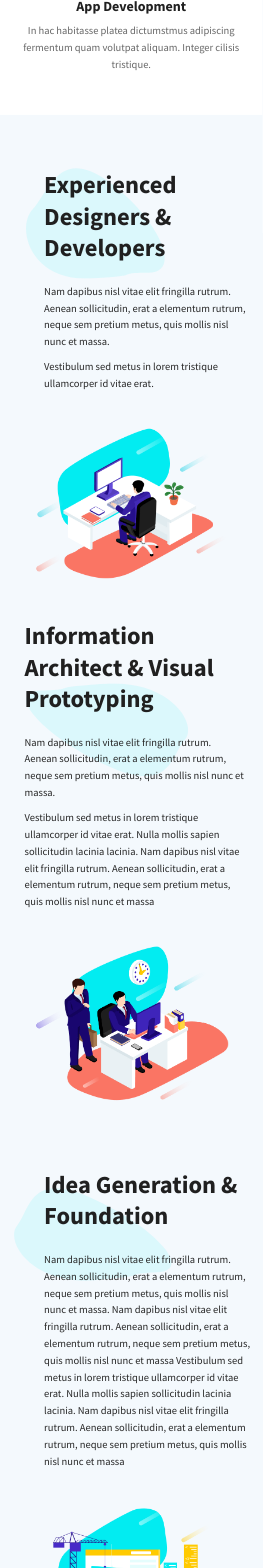
Repository: advert31337/marafon_from0to1_MartaUP
Page: index.html
An editor plug-in stored every save of this project. The page is shown before and after the next save, followed by the edit.
The browser window is 375 px wide. The pictures show the part of the page from y = 1483 to 3723 px (the page is 3873 px tall before and 3753 px after), at 70% of full size.

Above is the page before, as saved 2020-03-08 17:51:04.

### index.html
<!DOCTYPE html>
<html lang="en">

<head>
    <meta charset="UTF-8">
    <meta name="viewport" content="width=device-width, initial-scale=1.0">
    <title>Marafon MartaUP</title>
    <link href="https://fonts.googleapis.com/css?family=Source+Sans+Pro:400,600,700&display=swap" rel="stylesheet">
    <link rel="stylesheet" href="css/reset.css">
    <link rel="stylesheet" href="css/slick.css">
    <link rel="stylesheet" href="css/style.css">
</head>

<body>
    <header class="header">

        <div class="container">
            <div class="header__top">

                <div class="logo">
                    <a href="#!">+
                        <img src="images/logo.svg" alt="">
                    </a>
                </div>

                <nav class="menu">
                    <div class="menu__btn">
                        <span>

                        </span>
                    </div>
                    <ul class="menu__list">
                        <li><a class="menu__list-item" href="#">home</a></li>
                        <li><a class="menu__list-item" href="#">work</a></li>
                        <li><a class="menu__list-item" href="#">about</a></li>
                        <li><a class="menu__list-item" href="#">contact</a></li>
                    </ul>
                </nav>

                <div class="header-btn">
                    <a class="login" href="#">login</a>
                    <a class="sign-up" href="#">sign up</a>
                </div>

            </div>

            <div class="header-slider">
                <div class="header-slider__item">
                    <div class="header-slider__item-content">

                        <div class="header-slider__item-info">
                            <h3 class="header-slider__title">
                                We Build Apps & Websites
                                for Your Business
                            </h3>
                            <div class="header-slider__description">
                                For startups, For businesses & For you
                            </div>
                            <a href="" class="header-slider__btn">Request a quote</a>
                        </div>

                        <div class="header-slider__item-images">
                            <img src="images/slider-img.png" alt="">
                        </div>
                    </div>
                </div>


                <div class="header-slider__item">
                    <div class="header-slider__item-content">

                        <div class="header-slider__item-info">
                            <h3 class="header-slider__title">
                                We Build Apps & Websites
                                for Your Business
                            </h3>
                            <div class="header-slider__description">
                                For startups, For businesses & For you
                            </div>
                            <a href="" class="header-slider__btn">Request a quote</a>
                        </div>

                        <div class="header-slider__item-images">
                            <img src="images/slider-img.png" alt="">
                        </div>
                    </div>
                </div>


                <div class="header-slider__item">
                    <div class="header-slider__item-content">

                        <div class="header-slider__item-info">
                            <h3 class="header-slider__title">
                                We Build Apps & Websites
                                for Your Business
                            </h3>
                            <div class="header-slider__description">
                                For startups, For businesses & For you
                            </div>
                            <a href="" class="header-slider__btn">Request a quote</a>
                        </div>

                        <div class="header-slider__item-images">
                            <img src="images/slider-img.png" alt="">
                        </div>
                    </div>
                </div>


                <div class="header-slider__item">
                    <div class="header-slider__item-content">

                        <div class="header-slider__item-info">
                            <h3 class="header-slider__title">
                                We Build Apps & Websites
                                for Your Business
                            </h3>
                            <div class="header-slider__description">
                                For startups, For businesses & For you
                            </div>
                            <a href="" class="header-slider__btn">Request a quote</a>
                        </div>

                        <div class="header-slider__item-images">
                            <img src="images/slider-img.png" alt="">
                        </div>
                    </div>
                </div>


                <div class="header-slider__item">
                    <div class="header-slider__item-content">

                        <div class="header-slider__item-info">
                            <h3 class="header-slider__title">
                                We Build Apps & Websites
                                for Your Business
                            </h3>
                            <div class="header-slider__description">
                                For startups, For businesses & For you
                            </div>
                            <a href="" class="header-slider__btn">Request a quote</a>
                        </div>

                        <div class="header-slider__item-images">
                            <img src="images/slider-img.png" alt="">
                        </div>
                    </div>
                </div>
            </div>

        </div>

    </header>

    <section class="specialised">
        <div class="container">
            <div class="specialised__title title">
                We are specialised in
            </div>
            <div class="specialised__items">
                <div class="specialised__item">
                    <div class="specialised__item-img">
                        <img src="images/specialise-1.svg" alt="">
                    </div>

                    <div class="specialise__item-title">
                        UI/UX Design
                    </div>
                    <div class="specialise__item-text">
                        In hac habitasse platea dictumstmus adipiscing fermentum quam volutpat aliquam. Integer cilisis tristique.
                    </div>
                </div>
                <div class="specialised__item">
                    <div class="specialised__item-img">
                        <img src="images/specialise-2.svg" alt="">
                    </div>
                    <div class="specialise__item-title">
                        Web Development
                    </div>
                    <div class="specialise__item-text">
                        In hac habitasse platea dictumstmus adipiscing fermentum quam volutpat aliquam. Integer cilisis tristique.
                    </div>
                </div>
                <div class="specialised__item">
                    <div class="specialised__item-img">
                        <img src="images/specialise-3.svg" alt="">
                    </div>
                    <div class="specialise__item-title">
                        App Development
                    </div>
                    <div class="specialise__item-text">
                        In hac habitasse platea dictumstmus adipiscing fermentum quam volutpat aliquam. Integer cilisis tristique.
                    </div>
                </div>
            </div>
        </div>
    </section>

    <section class="advantages">
        <div class="container">

            <div class="advantages-box">
                <div class="advantages-box__info">
                    <div class="advantages-box__title">
                        Experienced Designers & Developers
                    </div>
                    <div class="advantages-box__text">
                        <p>
                            Nam dapibus nisl vitae elit fringilla rutrum. Aenean sollicitudin, erat a elementum rutrum, neque sem pretium metus, quis mollis nisl nunc et massa.
                        </p>
                        <p>
                            Vestibulum sed metus in lorem tristique ullamcorper id vitae erat.
                        </p>
                    </div>
                </div>

                <div class="advantages-box__img">
                    <img src="images/advantages-1.png" alt="">
                </div>
            </div>

            <div class="advantages-box advantages-box--right">
                <div class="advantages-box__info">
                    <div class="advantages-box__title">
                        Information Architect &
                        Visual Prototyping
                    </div>
                    <div class="advantages-box__text">
                        <p>
                            Nam dapibus nisl vitae elit fringilla rutrum. Aenean sollicitudin, erat a elementum rutrum, neque sem pretium metus, quis mollis nisl nunc et massa.
                        </p>
                        <p>
                            Vestibulum sed metus in lorem tristique ullamcorper id vitae erat. Nulla mollis sapien sollicitudin lacinia lacinia. Nam dapibus nisl vitae elit fringilla rutrum. Aenean sollicitudin, erat a elementum rutrum, neque sem pretium metus, quis mollis nisl nunc et massa
                        </p>
                    </div>
                </div>
                <div class="advantages-box__img">
                    <img src="images/advantages-2.png" alt="">
                </div>
            </div>

            <div class="advantages-box">
                <div class="advantages-box__info advantages-box__info--bg">
                    <div class="advantages-box__title">
                        Idea Generation & Foundation
                    </div>
                    <div class="advantages-box__text">
                        <p>
                            Nam dapibus nisl vitae elit fringilla rutrum. Aenean sollicitudin, erat a elementum rutrum, neque sem pretium metus, quis mollis nisl nunc et massa. Nam dapibus nisl vitae elit fringilla rutrum. Aenean sollicitudin, erat a elementum rutrum, neque sem pretium metus, quis mollis nisl nunc et massa    Vestibulum sed metus in lorem tristique ullamcorper id vitae erat. Nulla mollis sapien sollicitudin lacinia lacinia. Nam dapibus nisl vitae elit fringilla rutrum. Aenean sollicitudin, erat a elementum rutrum, neque sem pretium metus, quis mollis nisl nunc et massa
                        </p>
                    </div>
                </div>

                <div class="advantages-box__img">
                    <img src="images/advantages-3.png" alt="">
                </div>
            </div>
        </div>
    </section>

    <!-- <section class="reviews">
        <div class="container">
            <div class="reviews__title title">
                Don’t Just Take Our Words
            </div>
            <div class="reviews__items">

                <div class="reviews__item">
                    <div class="reviews__item-head">
                        <img src="images/rev-1.jpg" alt="">
                        <div class="reviews__item-info">
                            <div class="reviews__item-name">
                                Arakat Bank
                            </div>
                            <div class="reviews__item-position">
                                International Bank Ltd.
                            </div>
                        </div>
                    </div>
                    <div class="reviews__item-text">
                        Fusce vehicula dolor arcu, sit amet blandit dolor mollis nec. Donec viverra eleifend lacus, vitae ullamcorper metus. Sed sollicitudin ipsum.
                    </div>
                </div>

                <div class="reviews__item">
                    <div class="reviews__item-head">
                        <img src="images/rev-2.jpg" alt="">
                        <div class="reviews__item-info">
                            <div class="reviews__item-name">
                                Chrsitopher Company Ltd.
                            </div>
                            <div class="reviews__item-position">
                                Design & Development
                            </div>
                        </div>
                    </div>
                    <div class="reviews__item-text">
                        Fusce vehicula dolor arcu, sit amet blandit dolor mollis nec. Donec viverra eleifend lacus, vitae ullamcorper metus. Sed sollicitudin ipsum.
                    </div>
                </div>

                <div class="reviews__item">
                    <div class="reviews__item-head">
                        <img src="images/rev-3.jpg" alt="">
                        <div class="reviews__item-info">
                            <div class="reviews__item-name">
                                Jigsawlab Studio Inc.
                            </div>
                            <div class="reviews__item-position">
                                Interactive Prototyping
                            </div>
                        </div>
                    </div>
                    <div class="reviews__item-text">
                        Fusce vehicula dolor arcu, sit amet blandit dolor mollis nec. Donec viverra eleifend lacus, vitae ullamcorper metus. Sed sollicitudin ipsum.
                    </div>
                </div>

            </div>
        </div>
    </section> -->

    <!-- <footer class="footer">
        <div class="container">
            <div class="footer__inner">
                <div class="footer__link">
                    <a href="#">About Martaup</a>
                    <a href="#">Help</a>
                    <a href="#">Privacy Policy</a>
                </div>
                <div class="footer__copy">
                    © 2013-2018 All rights reserved.
                </div>
            </div>
        </div>
    </footer> -->


    <script src="https://ajax.googleapis.com/ajax/libs/jquery/3.4.1/jquery.min.js"></script>
    <script src="js/slick.min.js"></script>
    <script src="js/main.js"></script>
</body>

</html>

### css/style.css
*{
    box-sizing: border-box;
}

body {
    font-family: 'Source Sans Pro', sans-serif;
    font-size: 15px;
    line-height: 24px;
}

a {
    text-decoration: none;
    color: inherit;
}
.header {
    background-image: url('../images/header-bg.jpg');
    min-height: 793px;
    background-repeat: no-repeat;
    background-size: cover;
    background-position: top center;
}

.container {
    max-width: 1200px;
    margin: 0 auto;
    padding: 0 15px 0 15px;

}

.header__top {
    display: flex;
    justify-content: space-between;
    height: 100px;
    align-items: center;
}

.menu__list {
    display: flex;
}

.menu__list li + li {
    padding-left: 50px;

}

.login {
    margin-right: 44px;
    color: #fff;
    text-transform: uppercase;
    font-weight: 600;
}

.menu__list a{
    opacity: 0.5;
    color: #fff;
    font-weight: 600;
    text-transform: uppercase;
    transition: all 0.5s;
}

.menu__list a:hover {
    opacity: 1;
}

.sign-up {
    text-transform: uppercase;
    color: #250f8a;
    font-weight: 600;
    background-color: #fff;
    padding: 8px 43px;
    border-radius: 20px;

}

.header-slider {
    padding-top: 111px;
}
.header-slider__item {

}
.header-slider__item-content {
    display: flex;
    justify-content: space-between;
}
.header-slider__item-info {
    max-width: 506px;
    color:#fff;
}
.header-slider__title {
    font-weight: 700;
    font-size: 45px;
    line-height: 60px;
    margin-bottom: 10px;
}
.header-slider__description {
    line-height: 55px;
    font-size: 24px;
    margin-bottom: 60px;
}
.header-slider__btn {
    font-weight: 600;
    text-transform: uppercase;
    color: #250F8A;
    padding: 13px 39px;
    background-color: #FFCA00;
    border-radius: 25px;
}
.header-slider__item-images {
    margin: 10px 82px 0 0;
}

.header-dots{
    list-style: none;
    position: absolute;
    right: 0;
    top: 50%;
    transform: translateY(-50%)
}

.header-dots button {
    border: none;
    background-color: #fff;
    opacity: 0.5;
    font-size: 0;
    padding: 0;
    width: 7px;
    height: 7px;
    border-radius: 3.5px;
    cursor: pointer;
    outline: none;
    margin: 10px auto;
    display: block;
}

.header-dots .slick-active button{
    width: 15px;
    opacity: 1;
}

.specialised{
    padding: 55px 0 93px;
    background-image: url(../images/special-bg.svg);
    background-position: left bottom;
    background-repeat: no-repeat;
    color: #202020;
    text-align: center;
}

.specialised__title {
    margin-bottom: 96px;
}
.title {
    font-size: 35px;
    line-height: 45px;
    font-weight: 700;
    text-align: center;
}

.specialised__items {
    display: flex;
    justify-content: space-between;
    max-width: 980px;
    margin: 0 auto;

}
.specialised__item {
    width: 280px;
}
.specialised__item-img {
    margin-bottom: 23px;
    min-height: 159px;
}
.specialise__item-title {
    margin-bottom: 11px;
    font-size: 20px;
    font-weight: 700;
}
.specialise__item-text {
   padding: 0 10px;
   color: #272727;
   opacity: 0.7;
}


.advantages {
    padding-top: 64px;
    background: #f4f9fd;
    background-image: url(../images/advantages-bg.svg);
    background-repeat: no-repeat;
    background-position: center right;
}

.advantages-box {
    display: flex;
    justify-content: space-between;
    padding-bottom: 76px;
}

 .advantages-box--right .advantages-box__info{
    order: 1;
    background-image: url(../images/title-bg-2.svg);
    background-position: 22px 130px;
}
.advantages-box__info {
    max-width: 455px;
    padding-top: 60px;
    background-image: url(../images/title-bg-1.svg);
    background-repeat: no-repeat;
    background-position: 22px 76px;
}

.advantages-box__info--bg{
    background-image: url(../images/title-bg-3.svg);
    background-position: 5px 105px;
}


.advantages-box__title {
    color: #202020;
    font-size: 35px;
    line-height: 45px;
    font-weight: 700;
    padding: 68px 0 15px 48px;

}
.advantages-box__text {
    padding-left: 48px;
    color: #272727;
}

.advantages-box__text p{
    margin: 12px 0;
}


.reviews {
    background-image: url(../images/reviews-bg.jpg);
    background-repeat: no-repeat;
    background-position: top center;
    background-size: cover;
    padding: 38px 53px;
}

.reviews__title {
    color: #fff;
    margin: 0 auto 48px;
    max-width: 384px;
}
.reviews__items {
    max-width: 940px;
    margin: 0 auto;
    display: flex;
    justify-content: space-between;
}
.reviews__item {
    width: 300px;
    border-radius: 5px;
    background-color: rgba(255, 255, 255, .2);
    padding: 35px 20px;
    color: #fff;
}
.reviews__item-head {
    margin-bottom: 13px;
    display: flex;
}

.reviews__item-head img{
    border-radius: 50%;
    margin-right: 20px;
}

.reviews__item-name {
    font-weight: 600;
}
.reviews__item-position {
    opacity: .5;
}
.reviews__item-text {
    text-align: center;
    padding-top: 39px;
    position: relative;
}

.reviews__item-text::before{
    content: "“";
    font-size: 40px;
    line-height: 55px;
    font-weight: 700;
    position: absolute;
    top: 0;
    left: 0;
    right: 0;
}

.footer{

}

.footer__inner {
    display: flex;
    justify-content: space-between;
    align-items: center;
    height: 61px;
    color: #272727;
    padding: 0 40px;
}
.footer__link a + a {
    margin-left: 20px;
}




@media (max-width: 1620px){
    .advantages{
        background-image: none;
    }
}


@media (max-width: 1201px){
    .specialised{
        background-size: 60px;
    }
}

@media (max-width: 1190px){
    .header-slider__item-images{
        margin: 50px 20px 0 0;
    }
    .header-slider__item-images img{
        width: 80%;
    }
    .header-slider__item-info{
        padding: 50px 0;
    }

    .header-slider{
        padding-top: 25px;
    }

    .advantages-box__img img{
        width: 80%
    }

    .advantages-box__img{
        text-align: center;
    }

    .advantages-box{
        justify-content: space-around;
    }

    .advantages-box--right .advantages-box__title{
        padding: 30px 0 15px 20px;
    }

    .advantages-box--right .advantages-box__text{
        padding-left: 20px;
    }

    .advantages-box--right .advantages-box__info{
        padding-right: 30px;
    }
}

@media (max-width: 1080px){
    .specialised{
        background-image: none;
    }

    .advantages-box__info{
        padding-top: 10px;
    }

    .advantages-box--right .advantages-box__info{
        padding-right: 10px;
    }

    .advantages-box__img{
        width: 71%;
        margin-top: 40px;
    }
}


@media (max-width: 924px){
    .header__top{
        flex-wrap: wrap;
    }

    .header-btn{
        width: 100%;
        text-align: right;
    }

    .login{
        margin-right: 30px;
    }

}

@media (max-width: 900px){
    .header-slider__item-images{
        display: none;
    }
}

@media (max-width: 858px) {
    .advantages{
        padding-top: 0;
    }

    .advantages-box__info{
        max-width: 100%;
        flex-wrap: wrap;
    }

    .advantages-box{
        flex-wrap: wrap;
        padding-bottom: 20px;
    }

    .advantages-box--right .advantages-box__info{
        order: 0;
    }

    .advantages-box__img{
        width: 100%;
    }
}

@media (max-width: 775px) {
    .specialised{
        padding: 20px 0 40px;
    }

    .specialised__title{
        margin-bottom: 40px;
    }

    .specialised__items{
        flex-wrap: wrap;
    }

    .specialised__item{
        width: 50%;
        margin-bottom: 20px;
    }
}

@media (max-width: 570px) {
    .menu__list{
        display: none;
        position: absolute;
        top: 120px;
        left: 0;
        text-align: center;
        width: 100%;
        background-color: #1a50a8;
        z-index: 5;
    }

    .menu__list li + li{
        padding-left: 0;
    }

    .menu__list a{
        display: block;
        padding: 10px;
    }

    .menu__btn{
        width: 30px;
        height: 20px;
        position: relative;

    }

    .menu__btn span{
        width: 100%;
        height: 2px;
        background-color: #fff;
        top:9px;
        position: absolute;
    }

    .menu__btn::after,
    .menu__btn::before{
        content: "";
        height: 2px;
        width: 100%;
        background-color: #fff;
        position: absolute;
    }

    .menu__btn::after{
        top: 0;
    }

    .menu__btn::before{
        bottom: 0;
    }

    .header-slider__item-info{
        padding: 10px 30px 10px 0;
    }

    .header{
        min-height: 580px;
    }

    .header-slider__description{
        margin-bottom: 20px;
        font-size: 20px;
        line-height: 35px;
    }

    .header-slider__title{

        font-size: 35px;
        line-height: 45px;

    }


    .specialised__items{
        display: block;
    }

    .specialised__item{
        width: 100%;

    }

    .title{
        font-size: 30px;
        line-height: 40px;
    }

    .advantages-box__title{
        padding: 68px 0 15px 48px;
    }

}

@media (min-width: 570px){
    .menu__list{
        display: flex !important;
    }

}

### js/main.js
$(function(){
    $('.header-slider').slick({
        arrows: false,
        vertical: true,
        dots: true,
        dotsClass: 'header-dots',
        autoplay: 2000,

    })

    $('.menu__btn').on('click', function(){
        $('.menu__list').slideToggle()
    })
})

Loaded but not shown: css/reset.css (common file); css/slick.css (common file); js/slick.min.js (library)

After the next save:
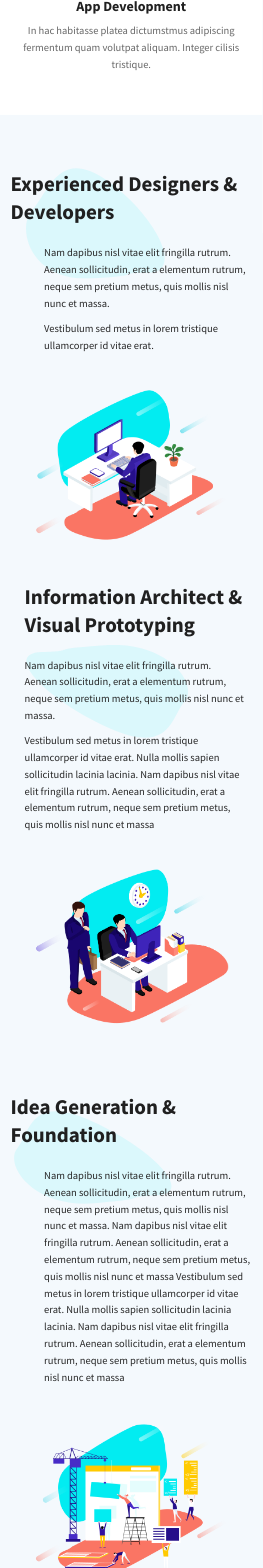
Saved 63 s later.
--- a/css/style.css
+++ b/css/style.css
@@ -539,7 +539,11 @@ a {
     }
 
     .advantages-box__title{
-        padding: 68px 0 15px 48px;
+        color: #202020;
+        font-size: 30px;
+        line-height: 40px;
+        font-weight: 700;
+        padding: 68px 0 15px 0px;
     }
 
 }
